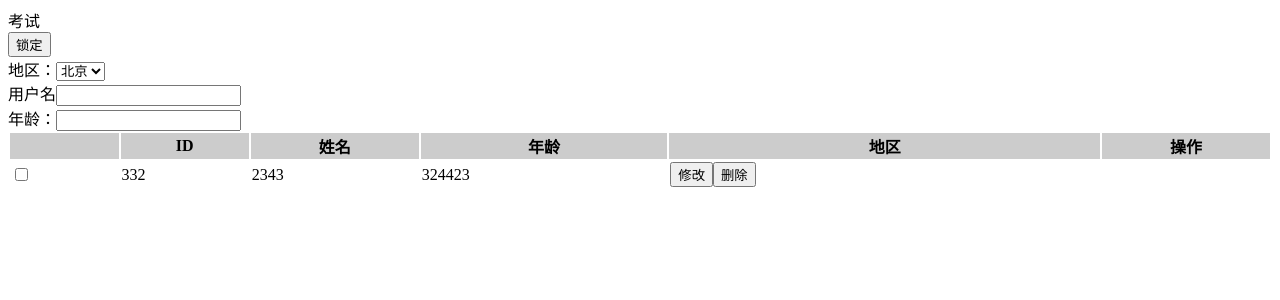
Repository: Sjl-2114/2006z
Page: / (app in A卷/vue-kaoshi/)
These files come from the project's save history. The page is drawn as it stood at one moment and after the next save; the edit follows.
The browser window is 1280 px wide. The pictures show the whole page.
The project was rebuilt for these pictures with package versions that can differ from the ones it lists, and the page was loaded fresh each time.

Above is the page before, as saved 2021-04-28 16:00:56.

After the next save:
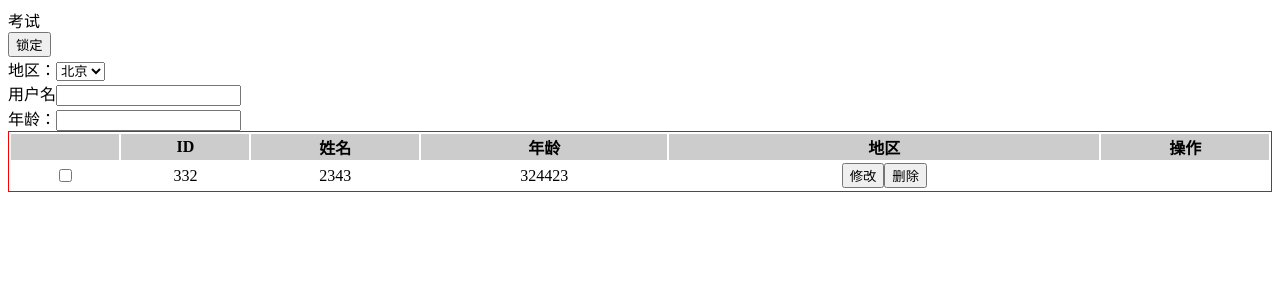
Saved 7 s later.
--- a/A卷/vue-kaoshi/src/App.vue
+++ b/A卷/vue-kaoshi/src/App.vue
@@ -67,7 +67,7 @@ export default {
 </script>
 <style>
   .table{
-    align
+    text-align: center;
     border: 1px solid red;
   }
   thead{
